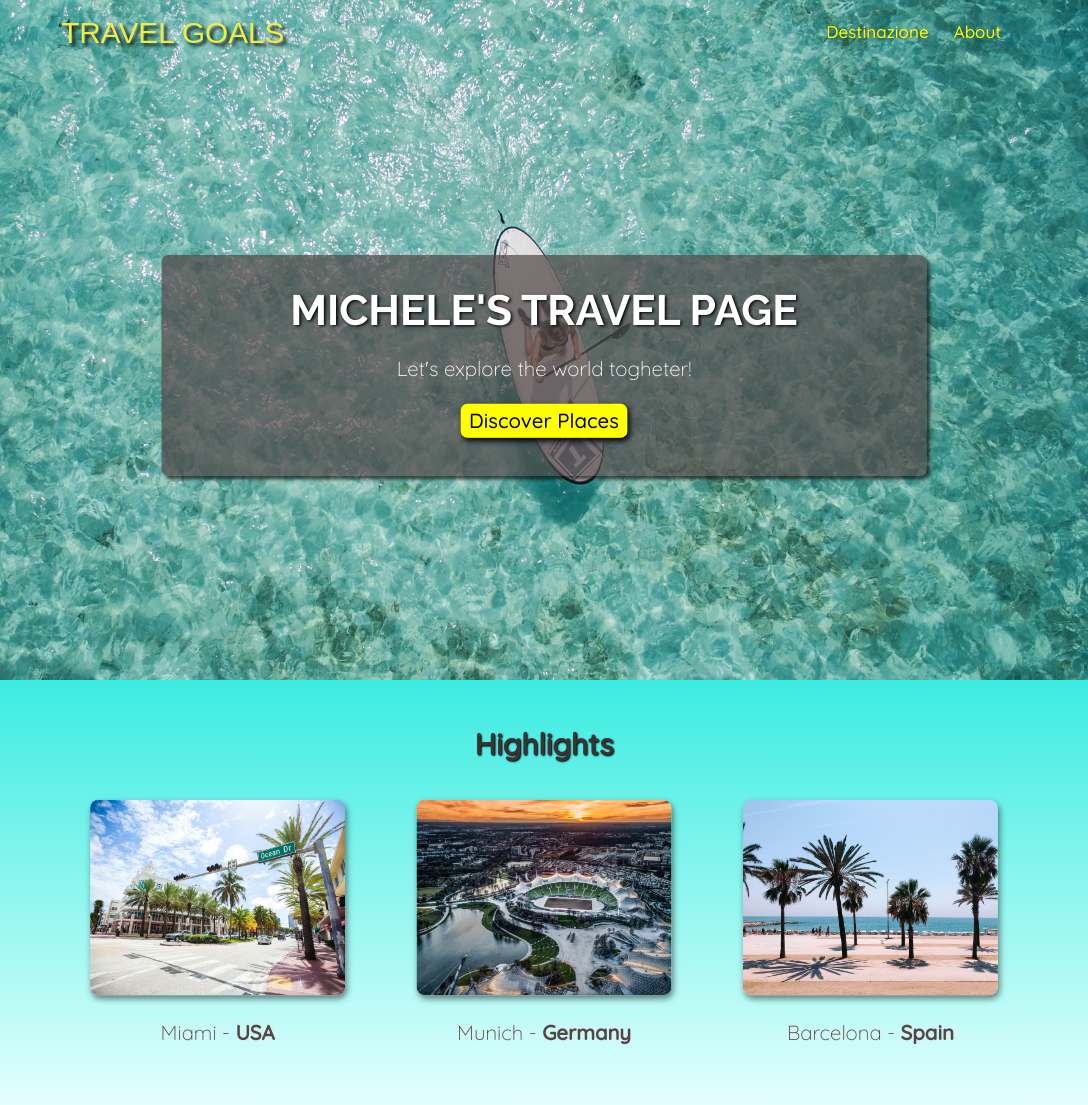
Repository: MicTomm/Travel-Goals
Page: index.html
These files come from the project's save history. The page is drawn as it stood at one moment and after the next save; the edit follows.
The browser window is 1280 px wide. The pictures show the whole page, at 85% of full size.
Some web fonts or font styles are not loaded; a fallback is used.

Above is the page before, as saved 2023-06-08 12:36:21.

### index.html
<!DOCTYPE html>
<html lang="it">

<head>
    <meta charset="UTF-8">
    <title>Travel Goals</title>
    <link rel="stylesheet"
        href="https://fonts.googleapis.com/css2?family=Raleway:wght@700&family=Oleo+Script:wght@700&family=Quicksand:wght@300;500&display=swap">
    <link href="styles/shared.css" rel="stylesheet">
    <link href="styles/main-page-style.css" rel="stylesheet">
</head>

<body>
    <header>
        <div id="logo">
            <a href="/index.html">Travel Goals</a>
        </div>
        <nav>
            <ul>
                <li><a href="/places.html">Destinazione</a></li>
                <li><a href="">About</a></li>
            </ul>
        </nav>
    </header>
    <main>
        <section id="hero-image-section">
            <div id="div-section1">
                <h1>Michele's Travel Page</h1>
                <p>Let's explore the world togheter!</p>
                <a href="/places.html">Discover Places</a>
            </div>
        </section>
        <section id="highlights">
            <h2>Highlights</h2>
            <ul id="destinations">
                <li>
                    <div class="destination">
                        <img src="images/places/miami.jpg" alt="Miami">
                        <p>Miami - <strong>USA</strong></p>
                    </div>
                </li>
                <li>
                    <div class="destination">
                        <img src="/images/places/munich.jpg" alt="Munich">
                        <p>Munich - <strong>Germany</strong></p>
                    </div>
                </li>
                <li>
                    <div class="destination">
                        <img src="/images/places/barcelona.jpg" alt="Barcelona">
                        <p>Barcelona - <strong>Spain</strong></p>
                    </div>
                </li>
            </ul>
        </section>
    </main>
    <footer></footer>
</body>

</html>

### styles/shared.css
body {
    margin: 0px;
    font-family: 'Quicksand', sans-serif;
}

ul {
    list-style: none;
    padding: 0px;
    margin: 0px;
}

header {
    display: flex;
    justify-content: space-between;
    align-items: center;
    padding: 15px 60px;
    position: absolute;
    width: 100%;
    top: 0;
    left: 0;
    box-sizing: border-box;
}

header ul {
    margin: 10px;
    display: flex;
    justify-content: space-between;
    width: 250px;
}

header li {
    width: 100px;
}

header a {
    color: yellow;
    text-decoration: none;
    font-size: 20px;
    padding: 12px;
    text-shadow: 1px 1px 4px rgba(0, 0, 0, 0.5);
}

header a:hover {
    background-color: yellow;
    box-shadow: 2px 2px 4px rgba(0, 0, 0, 0.5);
    color: rgb(67, 60, 60);
    text-shadow: 1px 1px 2px rgb(0, 0, 0, 0.5);
    border-radius: 8px;
}

#logo a {
    font-family: 'Oleo script', sans-serif;
    font-size: 35px;
    text-decoration: none;
    color: rgb(237, 237, 70);
    text-shadow: 4px 4px 4px rgb(31, 29, 29);
    text-transform: uppercase;
}

#logo a:hover {
    background-color: transparent;

}

### styles/main-page-style.css
#hero-image-section {
    text-align: center;
    background-image: url("/images/places/ocean.jpg");
    background-position: center;
    background-size: cover;
    height: 800px;
    /* padding-top: 100px; (alternativa per spostare div-section1 più in basso)*/
}

#div-section1 {
    background-color: rgba(82, 70, 70, 0.7);
    box-shadow: 4px 4px 4px rgba(18, 18, 18, 0.7);
    width: 900px;
    margin: 0px auto;
    padding: 35px 0 50px 0;
    border-radius: 8px;
    position: relative;
    top: 300px;
}

#div-section1 h1 {
    font-size: 50px;
    color: white;
    font-family: 'Raleway', sans-serif;
    text-shadow: 2px 2px 4px black;
    text-transform: uppercase;
    margin: 0px;
}

#div-section1 p {
    color: white;
    font-size: 24px;
    font-weight: 300;
    margin-bottom: 32px;
}

#div-section1 a{
 font-size: 24px;
 text-decoration: none;
 color: black;
 border-radius: 8px;
 background-color: yellow;
 padding: 5px 10px;
 box-shadow: 3px 4px 8px black;
}

#div-section1 a:hover{
    background-color: greenyellow;
    text-shadow: 1px 1px 2px rgba(0, 0, 0, 0.5);
}

#highlights{
    text-align: center;
    background: linear-gradient(0deg, rgb(227, 255, 253), rgb(59, 236, 225));
    padding: 24px  0px;
}

#highlights ul{
    display: flex;
    width: 90%;
    margin: auto;
    padding: 15px;
    margin-bottom: 40px;
    justify-content: space-around;

}

#highlights li{
    margin: 0px 20px 50px 20px;
}

#highlights img{

    height: 100%;
    width: 100%;
    box-shadow: 2px 4px 8px rgb(0, 0, 0, 0.5);
    border-radius: 10px;
    object-fit: cover;
}

#highlights h2{
    font-size: 35px;
    text-shadow: 1px 1px 2px black;
    color: rgb(56, 52, 52);
}

#highlights p{
    color: rgb(79, 72, 72);
    text-shadow: 1px 1px 4px rgb(235, 229, 229);
    font-size: 24px;
    font-weight: 300;
}

.destination{
    width: 300px;
    height: 230px;
}

After the next save:
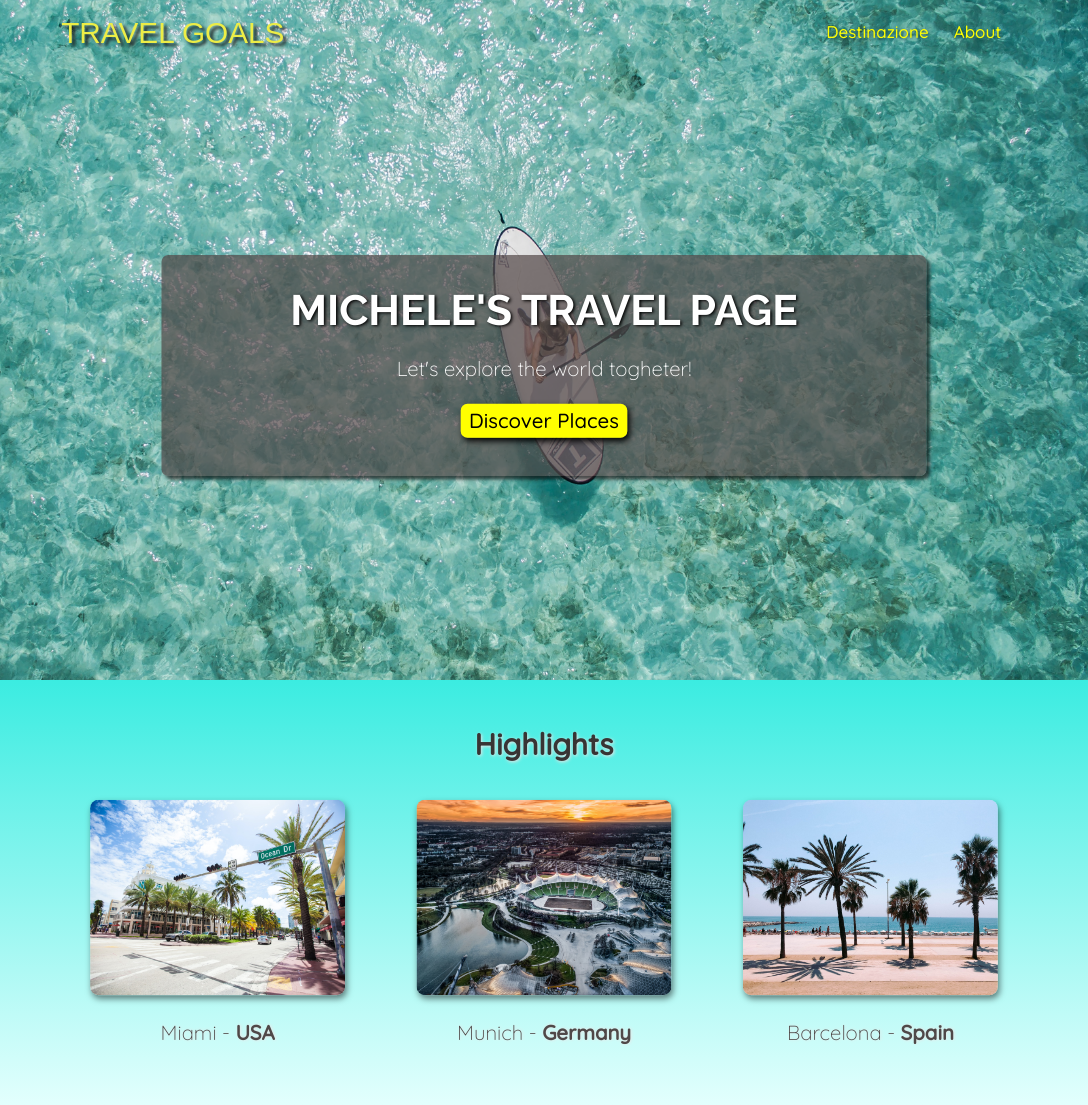
Saved 16 s later.
--- a/styles/main-page-style.css
+++ b/styles/main-page-style.css
@@ -81,6 +81,7 @@
 #highlights h2{
     font-size: 35px;
     text-shadow: 1px 1px 2px black;
+    text-shadow: 1px 1px 4px rgb(235, 229, 229);
     color: rgb(56, 52, 52);
 }
 
